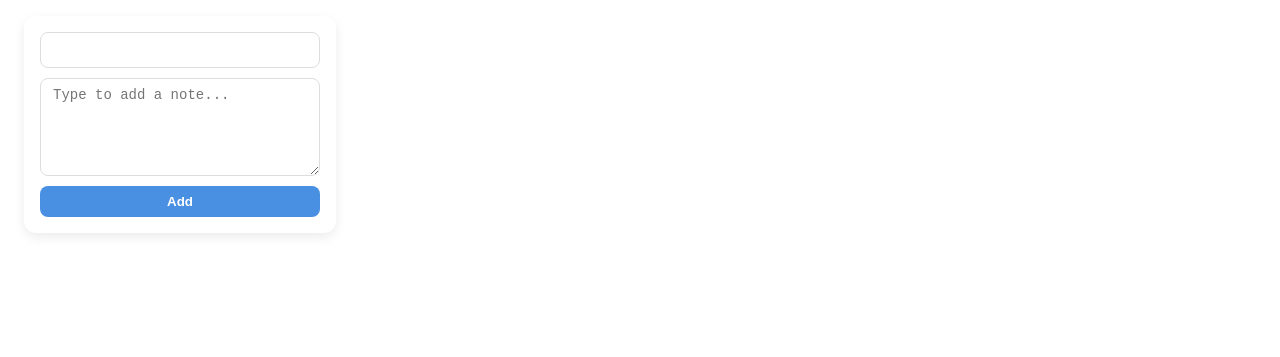
Repository: AJANI2005/Notes-App
Page: /
An editor plug-in stored every save of this project. The page is shown before and after the next save, followed by the edit.
The browser window is 1280 px wide. The pictures show the whole page.
The project was rebuilt for these pictures with package versions that can differ from the ones it lists, and the page was loaded fresh each time. Also part of the build but not shown: vite.config.ts.

Above is the page before, as saved 2025-07-31 15:38:32.

After the next save:
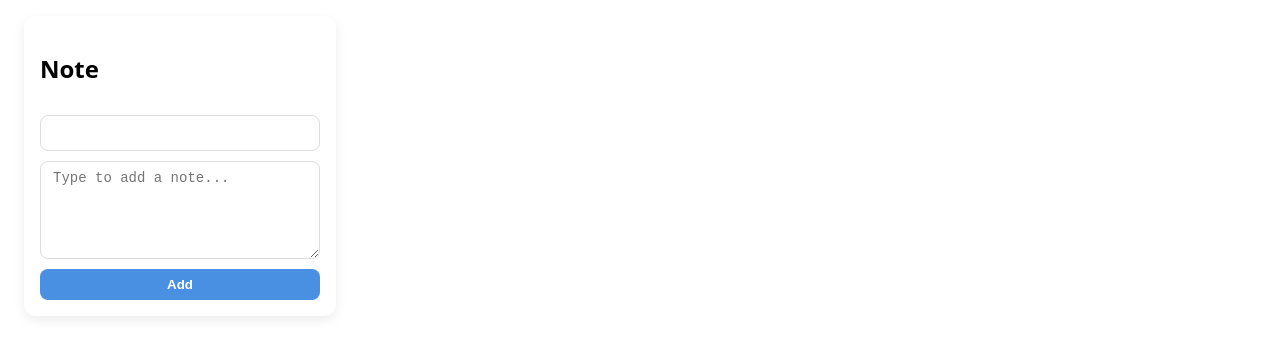
Saved 9 s later.
--- a/src/App.tsx
+++ b/src/App.tsx
@@ -8,6 +8,7 @@ const Note = () => {
 
   return (
     <form className='note'>
+      <h2 className='note-title'>Note</h2>
       <input
         value={title}
         onChange={(e) => setTitle(e.target.value)}
